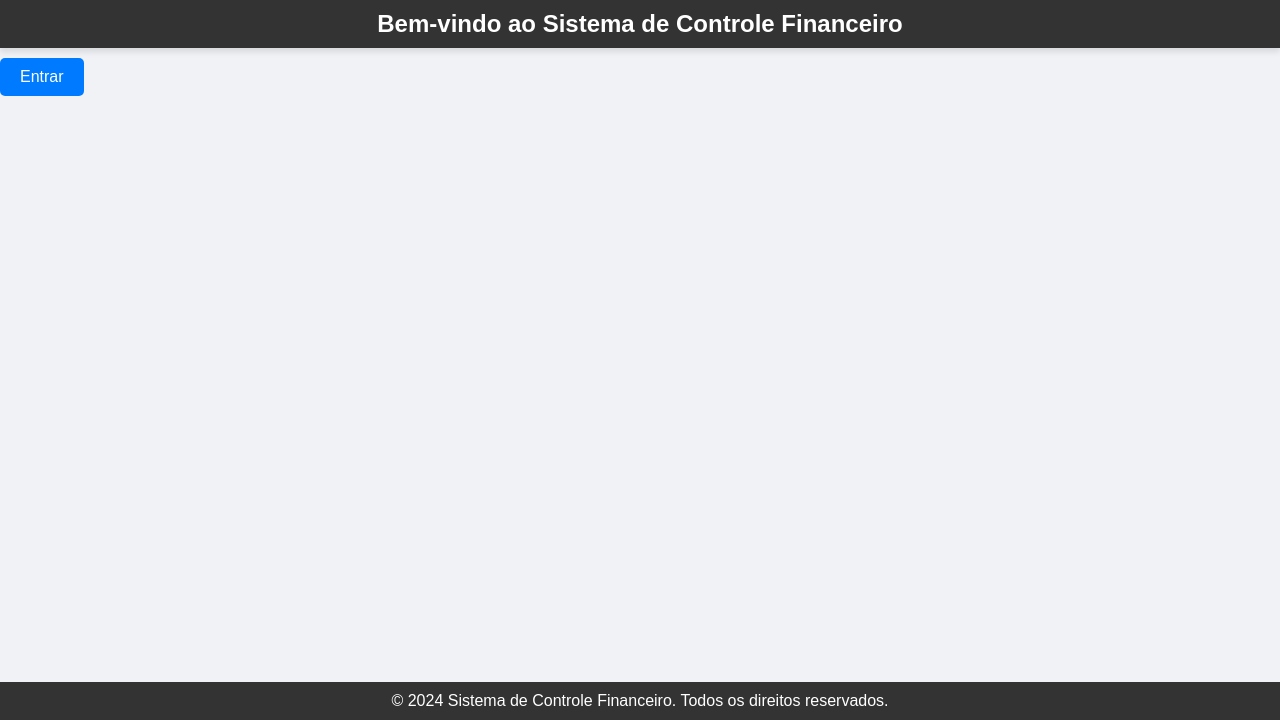
Repository: LucasMontalvao1/ProjetoMaxima
Page: / (app in AngularMaxima/)
These files come from the project's save history. The page is drawn as it stood at one moment and after the next save; the edit follows.
The browser window is 1280 px wide. The pictures show the whole page.
The project was rebuilt for these pictures with package versions that can differ from the ones it lists, and the page was loaded fresh each time. Also part of the build but not shown: AngularMaxima/angular.json, AngularMaxima/src/app/pages/home/home.component.ts.

Above is the page before, as saved 2024-07-14 17:32:25.

After the next save:
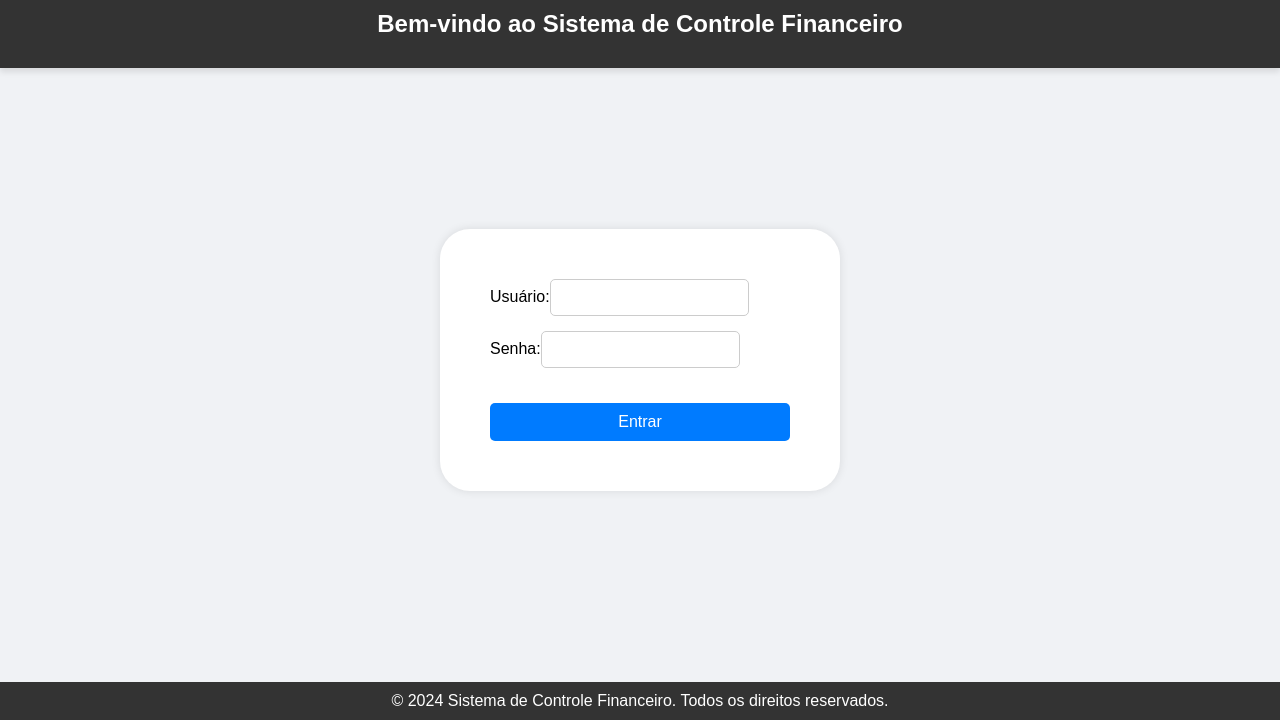
Saved 7 s later.
--- a/AngularMaxima/src/app/pages/login/login.component.html
+++ b/AngularMaxima/src/app/pages/login/login.component.html
@@ -1,20 +1,27 @@
-<div class="main-container">
+<div class="container">
   <header class="header">
-    <h1>Bem-vindo ao Sistema de Controle Financeiro</h1>
+    <h1 class="titulo">Bem-vindo ao Sistema de Controle Financeiro</h1>
   </header>
-  <div class="login-container">
-    <form [formGroup]="loginForm" (ngSubmit)="onSubmit()">
+
+  <div class="main-content">
+    <form class="login-form form-login" [formGroup]="loginForm" (ngSubmit)="onSubmit()">
       <div class="form-group">
         <label for="username">Usuário:</label>
-        <input type="text" id="username" formControlName="username" class="form-control" placeholder="Digite seu usuário">
+        <input type="text" id="username" formControlName="username">
       </div>
+
       <div class="form-group">
         <label for="password">Senha:</label>
-        <input type="password" id="password" formControlName="password" class="form-control" placeholder="Digite sua senha">
+        <input type="password" id="password" formControlName="password">
       </div>
-      <button type="submit" class="btn btn-primary login-button">Entrar</button>
+
+      <button type="submit">Entrar</button>
+      <div class="error-message" *ngIf="loginForm.invalid && loginForm.touched">
+        Por favor, preencha corretamente o usuário e senha.
+      </div>
     </form>
   </div>
+
   <footer class="footer">
     <p>&copy; 2024 Sistema de Controle Financeiro. Todos os direitos reservados.</p>
   </footer>
